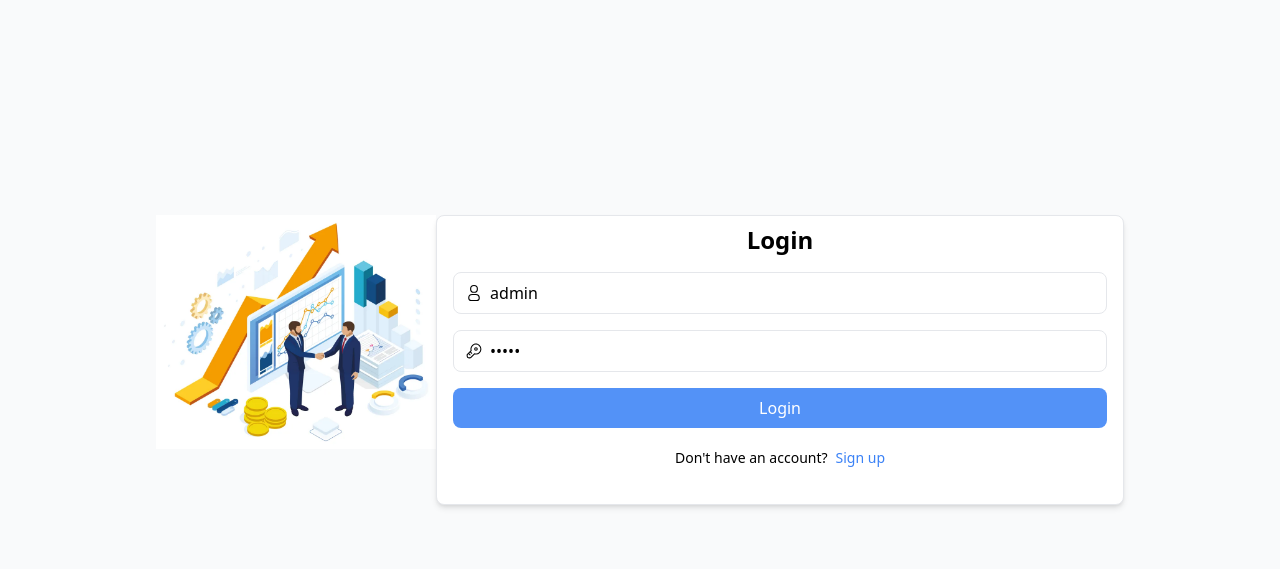
Repository: Fortivera/yourestate
Page: /
These files come from the project's save history. The page is drawn as it stood at one moment and after the next save; the edit follows.
The browser window is 1280 px wide. The pictures show the whole page.
The project was rebuilt for these pictures with package versions that can differ from the ones it lists, and the page was loaded fresh each time. The framework's server and built-in components were replaced by stand-ins that run in the browser. Also part of the build but not shown: next.config.js.

Above is the page before, as saved 2023-11-01 23:40:18.

After the next save:
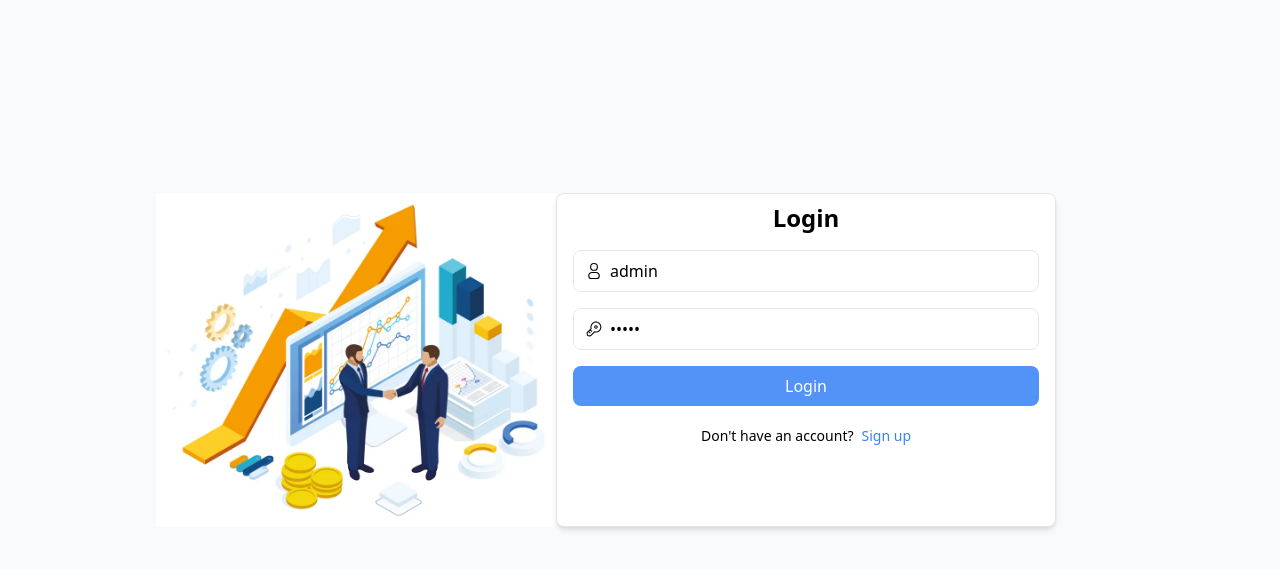
Saved 106 s later.
--- a/src/app/page.tsx
+++ b/src/app/page.tsx
@@ -11,7 +11,7 @@ export default function Login() {
           <figure className="w-full tablet:w-[300px] laptop:w-[400px]">
             <Image src="/static/growth.jpg" alt="login page picture" layout="responsive" width={300} height={200} />
           </figure>
-          <div className="w-full px-4 pb-8 pt-2 bg-white border rounded-lg shadow-md">
+          <div className="w-[500px] px-4 pb-8 pt-2 bg-white border rounded-lg shadow-md">
             <h1 className="text-2xl font-semibold text-center mb-4">Login</h1>
 
             <div className="mb-4 relative">
